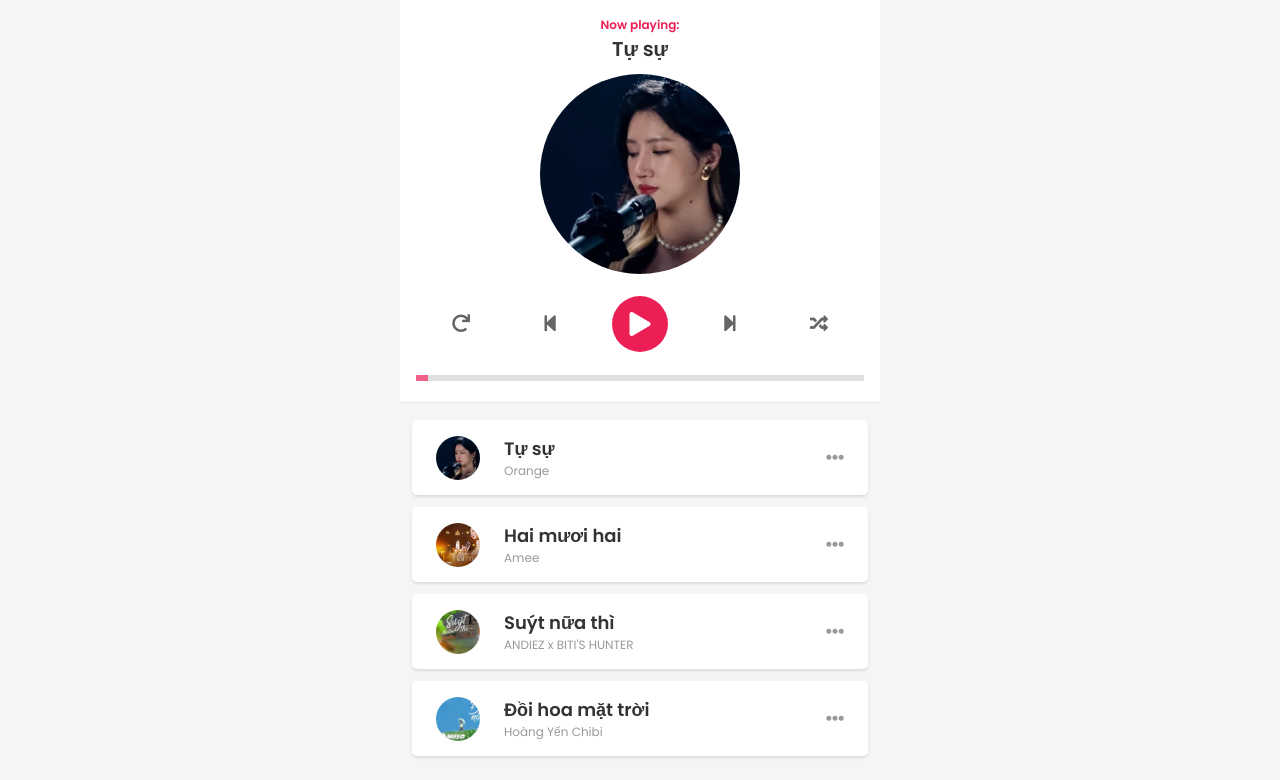
Repository: tannv3201/learn_JS_F8
Page: Example/Music player/index.html
These files come from the project's save history. The page is drawn as it stood at one moment and after the next save; the edit follows.
The browser window is 1280 px wide. The pictures show the whole page.

Above is the page before, as saved 2022-08-17 13:50:30.

### Example/Music player/index.html
<!DOCTYPE html>
<html lang="en">

<head>
    <meta charset="UTF-8">
    <meta http-equiv="X-UA-Compatible" content="IE=edge">
    <meta name="viewport" content="width=device-width, initial-scale=1.0">
    <title>Music player</title>
    <link rel="stylesheet" href="https://cdnjs.cloudflare.com/ajax/libs/font-awesome/5.15.2/css/all.min.css"
        integrity="sha512-HK5fgLBL+xu6dm/Ii3z4xhlSUyZgTT9tuc/hSrtw6uzJOvgRr2a9jyxxT1ely+B+xFAmJKVSTbpM/CuL7qxO8w=="
        crossorigin="anonymous" />
    <link rel="preconnect" href="https://fonts.gstatic.com">
    <link href="https://fonts.googleapis.com/css2?family=Poppins:wght@300;400;600&display=swap" rel="stylesheet">
    <link rel="stylesheet" href="./style.css">
</head>

<body>

    <div class="player">
        <!-- Dashboard -->
        <div class="dashboard">
            <!-- Header -->
            <header>
                <h4>Now playing:</h4>
                <h2>Tự sự</h2>
            </header>

            <!-- CD -->
            <div class="cd">
                <div class="cd-thumb" style="background-image: url('./assets/imgs/tusu.jpg')">
                </div>
            </div>

            <!-- Control -->
            <div class="control">
                <div class="btn btn-repeat">
                    <i class="fas fa-redo"></i>
                </div>
                <div class="btn btn-prev">
                    <i class="fas fa-step-backward"></i>
                </div>
                <div class="btn btn-toggle-play">
                    <i class="fas fa-pause icon-pause"></i>
                    <i class="fas fa-play icon-play"></i>
                </div>
                <div class="btn btn-next">
                    <i class="fas fa-step-forward"></i>
                </div>
                <div class="btn btn-random">
                    <i class="fas fa-random"></i>
                </div>
            </div>

            <input id="progress" class="progress" type="range" value="0" step="1" min="0" max="100">

            <audio id="audio" src=""></audio>
        </div>

        <!-- Playlist -->
        <div class="playlist">
            <!-- <div class="song">
                <div class="thumb" style="background-image: url('./assets/imgs/tusu.jpg')">
                </div>
                <div class="body">
                    <h3 class="title">Tự sự</h3>
                    <p class="author">Orange</p>
                </div>
                <div class="option">
                    <i class="fas fa-ellipsis-h"></i>
                </div>
            </div>
            <div class="song">
                <div class="thumb" style="background-image: url('./assets/imgs/haimuoihai.jpg')">
                </div>
                <div class="body">
                    <h3 class="title">Hai mươi hai</h3>
                    <p class="author">Amee</p>
                </div>
                <div class="option">
                    <i class="fas fa-ellipsis-h"></i>
                </div>
            </div>
            <!-- <div class="song">
                <div class="thumb"
                    style="background-image: url('https://i.ytimg.com/vi/jTLhQf5KJSc/maxresdefault.jpg')">
                </div>
                <div class="body">
                    <h3 class="title">Music name</h3>
                    <p class="author">Singer</p>
                </div>
                <div class="option">
                    <i class="fas fa-ellipsis-h"></i>
                </div>
            </div> --> -->
        </div>
    </div>

    <!-- Design from: https://static.collectui.com/shots/3671744/musicloud-revolutionary-app-for-music-streaming-large -->
    <script src="./main.js"></script>
</body>

</html>

### Example/Music player/style.css
:root {
    --primary-color: #ec1f55;
    --text-color: #333;
}

* {
    padding: 0;
    margin: 0;
    box-sizing: inherit;
}

body {
    background-color: #f5f5f5;
}

html {
    box-sizing: border-box;
    font-family: "Poppins", sans-serif;
}

.player {
    position: relative;
    max-width: 480px;
    margin: 0 auto;
}

.player .icon-pause {
    display: none;
}

.player.playing .icon-pause {
    display: inline-block;
}

.player.playing .icon-play {
    display: none;
}

.dashboard {
    padding: 16px 16px 14px;
    background-color: #fff;
    position: fixed;
    top: 0;
    width: 100%;
    max-width: 480px;
    border-bottom: 1px solid #ebebeb;
}

/* HEADER */
header {
    text-align: center;
    margin-bottom: 10px;
}

header h4 {
    color: var(--primary-color);
    font-size: 12px;
}

header h2 {
    color: var(--text-color);
    font-size: 20px;
}

/* CD */
.cd {
    display: flex;
    margin: auto;
    width: 200px;
}

.cd-thumb {
    width: 100%;
    padding-top: 100%;
    border-radius: 50%;
    background-color: #333;
    background-size: cover;
    margin: auto;
}

/* CONTROL */
.control {
    display: flex;
    align-items: center;
    justify-content: space-around;
    padding: 18px 0 8px 0;
}

.control .btn {
    color: #666;
    padding: 18px;
    font-size: 18px;
}

.control .btn.active {
    color: var(--primary-color);
}

.control .btn-toggle-play {
    width: 56px;
    height: 56px;
    border-radius: 50%;
    font-size: 24px;
    color: #fff;
    display: flex;
    align-items: center;
    justify-content: center;
    background-color: var(--primary-color);
}

.progress {
    width: 100%;
    -webkit-appearance: none;
    height: 6px;
    background: #d3d3d3;
    outline: none;
    opacity: 0.7;
    -webkit-transition: 0.2s;
    transition: opacity 0.2s;
}

.progress::-webkit-slider-thumb {
    -webkit-appearance: none;
    appearance: none;
    width: 12px;
    height: 6px;
    background-color: var(--primary-color);
    cursor: pointer;
}

/* PLAYLIST */
.playlist {
    margin-top: 408px;
    padding: 12px;
}

.song {
    display: flex;
    align-items: center;
    margin-bottom: 12px;
    background-color: #fff;
    padding: 8px 16px;
    border-radius: 5px;
    box-shadow: 0 2px 3px rgba(0, 0, 0, 0.1);
}

.song.active {
    background-color: var(--primary-color);
}

.song:active {
    opacity: 0.8;
}

.song.active .option,
.song.active .author,
.song.active .title {
    color: #fff;
}

.song .thumb {
    width: 44px;
    height: 44px;
    border-radius: 50%;
    background-size: cover;
    margin: 0 8px;
}

.song .body {
    flex: 1;
    padding: 0 16px;
}

.song .title {
    font-size: 18px;
    color: var(--text-color);
}

.song .author {
    font-size: 12px;
    color: #999;
}

.song .option {
    padding: 16px 8px;
    color: #999;
    font-size: 18px;
}

### Example/Music player/main.js
/**
    1. Render song
    2. Scroll top
    3. Play / pause/ seek
    4. CD rotate
    5. Next / prev
    6. Random
    7. Next / repeat when ended
    8. Active Song
    9. Scroll active song into view
    10. Play song when click
 */
const $ = document.querySelector.bind(document);
const $$ = document.querySelectorAll.bind(document);

// Lấy ra các element
const heading = $('header h2');
const cdThumb = $('.cd-thumb');
const audio = $('#audio');
const cd = $('.cd');
const playBtn = $('.btn-toggle-play');
const player = $('.player');
const progress = $('#progress');
const nextBtn = $('.btn-next');
const prevBtn = $('.btn-prev');
const randomBtn = $('.btn-random');
const repeatBtn = $('.btn-repeat');

const app = {
    currentIndex: 0,
    isPlaying: false,
    isRandom: false,
    isRepeat: false,
    songs: [
        {
            name: 'Tự sự',
            singer: 'Orange',
            path: './assets/music/tusu.mp3',
            image: './assets/imgs/tusu.jpg'
        },
        {
            name: 'Hai mươi hai',
            singer: 'Amee',
            path: './assets/music/haimuoihai.mp3',
            image: './assets/imgs/haimuoihai.jpg'
        },
        {
            name: 'Suýt nữa thì',
            singer: 'ANDIEZ x BITI\'S HUNTER',
            path: './assets/music/suytnuathi.mp3',
            image: './assets/imgs/suytnuathi.jpg'
        },
        {
            name: 'Đồi hoa mặt trời',
            singer: 'Hoàng Yến Chibi',
            path: './assets/music/doihoamattroi.mp3',
            image: './assets/imgs/doihoamattroi.jpg'
        },
    ],
    render: function () {
        const htmls = this.songs.map(song => {
            return `
            <div class="song">
                <div class="thumb" style="background-image: url('${song.image}')">
                </div>
                <div class="body">
                    <h3 class="title">${song.name}</h3>
                    <p class="author">${song.singer}</p>
                </div>
                <div class="option">
                    <i class="fas fa-ellipsis-h"></i>
                </div>
            </div>
            `
        })
        $('.playlist').innerHTML = htmls.join('');
    },

    // Định nghĩa thuộc tính
    defineProperties: function () {
        Object.defineProperty(this, 'currentSong', {
            get: function () {
                return this.songs[this.currentIndex];
            }
        })
    },

    // Xử lý sự kiện
    handleEvents: function () {
        const _this = this; // Định nghĩa từ khóa this ở ngoài
        // Lấy ra Element "cd"
        const cdWidth = cd.offsetWidth; // Lấy width của cd.

        // Xử lý CD quay và dừng
        const cdThumbAnimate = cdThumb.animate([
            {
                transform: 'rotate(360deg)'
            }
        ], {
            duration: 10000, // 10 giây
            iterations: Infinity // Chạy vô hạn
        })
        cdThumbAnimate.pause()

        // Xử lý phóng to / thu nhỏ cd
        document.onscroll = function () {
            const scrollTop = document.documentElement.scrollTop || window.scrollY;
            const newCdWidth = cdWidth - scrollTop;
            cd.style.width = newCdWidth > 0 ? newCdWidth + 'px' : 0; // check nếu kéo nhanh quá giá trị về < 0 thì lấy = 0
            cd.style.opacity = newCdWidth / cdWidth; // mờ dần khi scroll
        }

        // Xử lý khi click play
        playBtn.onclick = function () {
            if (_this.isPlaying) {
                audio.pause();
            }
            else {
                audio.play();
            }
        };
        // Khi bài hát được play
        audio.onplay = function () {
            _this.isPlaying = true;
            player.classList.add('playing') // chuyển btn play thành btn pause
            cdThumbAnimate.play()
        };
        // Khi bài hát bị dừng
        audio.onpause = function () {
            _this.isPlaying = false;
            player.classList.remove('playing') // chuyển btn pause thành btn play
            cdThumbAnimate.pause()
        }

        // Khi tiến độ bài hát thay đổi
        audio.ontimeupdate = function () {
            if (audio.duration) {
                const progressPercent = Math.floor(audio.currentTime / audio.duration * 100);
                progress.value = progressPercent;
            }
        }

        // xử lý khi tua bài hát
        progress.onchange = function (e) {
            const seekTime = audio.duration * e.target.value / 100;
            audio.currentTime = seekTime;
        }

        // Next bài
        nextBtn.onclick = function () {
            if (_this.isRandom) {
                _this.playRandomSong()
            }
            else {
                _this.nextSong();
            }
            audio.play();
        }

        // Prev  bài
        prevBtn.onclick = function () {
            if (_this.isRandom) {
                _this.playRandomSong()
            }
            else {
                _this.prevSong();
            }
            audio.play();
        }

        // Random
        randomBtn.onclick = function () {
            _this.isRandom = !_this.isRandom
            randomBtn.classList.toggle('active', _this.isRandom);
        }

        // xử lý next khi hết bài
        audio.onended = function () {
            if (!_this.isRepeat) {
                nextBtn.click();
            }
            else {
                audio.play()
            }
        }

        // Xử lý repeat bài hát hiện tại
        repeatBtn.onclick = function () {
            _this.isRepeat = !_this.isRepeat;
            repeatBtn.classList.toggle('active', _this.isRepeat);
        }
    },

    loadCurrentSong: function () {
        // Gán giá trị bài hát hiện tại
        heading.textContent = this.currentSong.name;
        cdThumb.style.backgroundImage = `url('./${this.currentSong.image}')`;
        audio.src = this.currentSong.path;
    },

    // Next
    nextSong: function () {
        this.currentIndex++;
        if (this.currentIndex >= this.songs.length) {
            this.currentIndex = 0;
        }
        this.loadCurrentSong();
    },
    // Previous
    prevSong: function () {
        this.currentIndex--;
        if (this.currentIndex < 0) {
            this.currentIndex = this.songs.length - 1;
        }
        this.loadCurrentSong();
    },

    // Random
    playRandomSong: function () {
        let newIndex
        do {
            newIndex = Math.floor(Math.random() * this.songs.length);
        } while (newIndex === this.currentIndex)
        this.currentIndex = newIndex;
        this.loadCurrentSong();
    },

    // Phương thức start() để bắt đầu
    start: function () {
        // Định nghĩa ra các thuộc tính cho object
        this.defineProperties();

        // Lắng nghe, xử lý các sự kiện (DOM event)
        this.handleEvents();

        // Tải thông tin bài hát đầu tiền vào UI khi chạy ứng dụng
        this.loadCurrentSong();



        // Render playlist
        this.render();
    }
}

app.start();

After the next save:
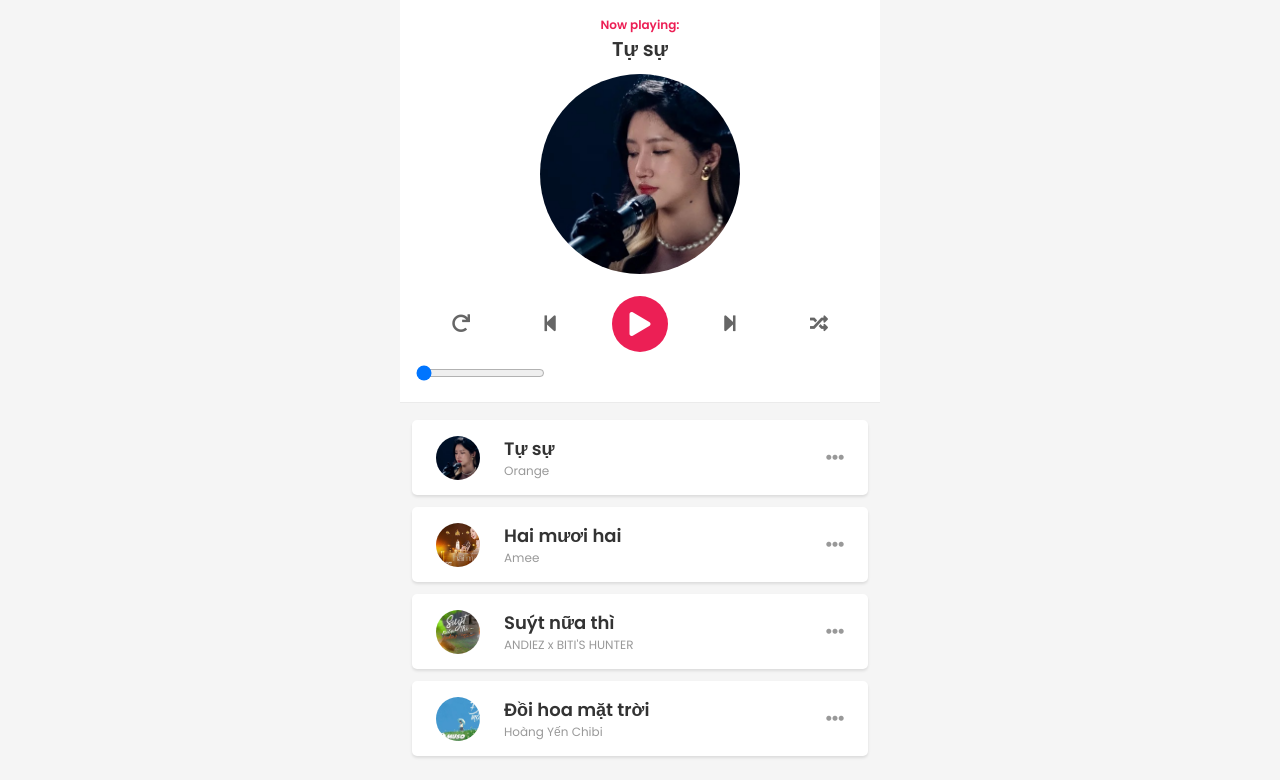
Saved 13 s later.
--- a/Example/Music player/style.css
+++ b/Example/Music player/style.css
@@ -108,25 +108,7 @@
     background-color: var(--primary-color);
 }
 
-.progress {
-    width: 100%;
-    -webkit-appearance: none;
-    height: 6px;
-    background: #d3d3d3;
-    outline: none;
-    opacity: 0.7;
-    -webkit-transition: 0.2s;
-    transition: opacity 0.2s;
-}
 
-.progress::-webkit-slider-thumb {
-    -webkit-appearance: none;
-    appearance: none;
-    width: 12px;
-    height: 6px;
-    background-color: var(--primary-color);
-    cursor: pointer;
-}
 
 /* PLAYLIST */
 .playlist {

After the save that followed:
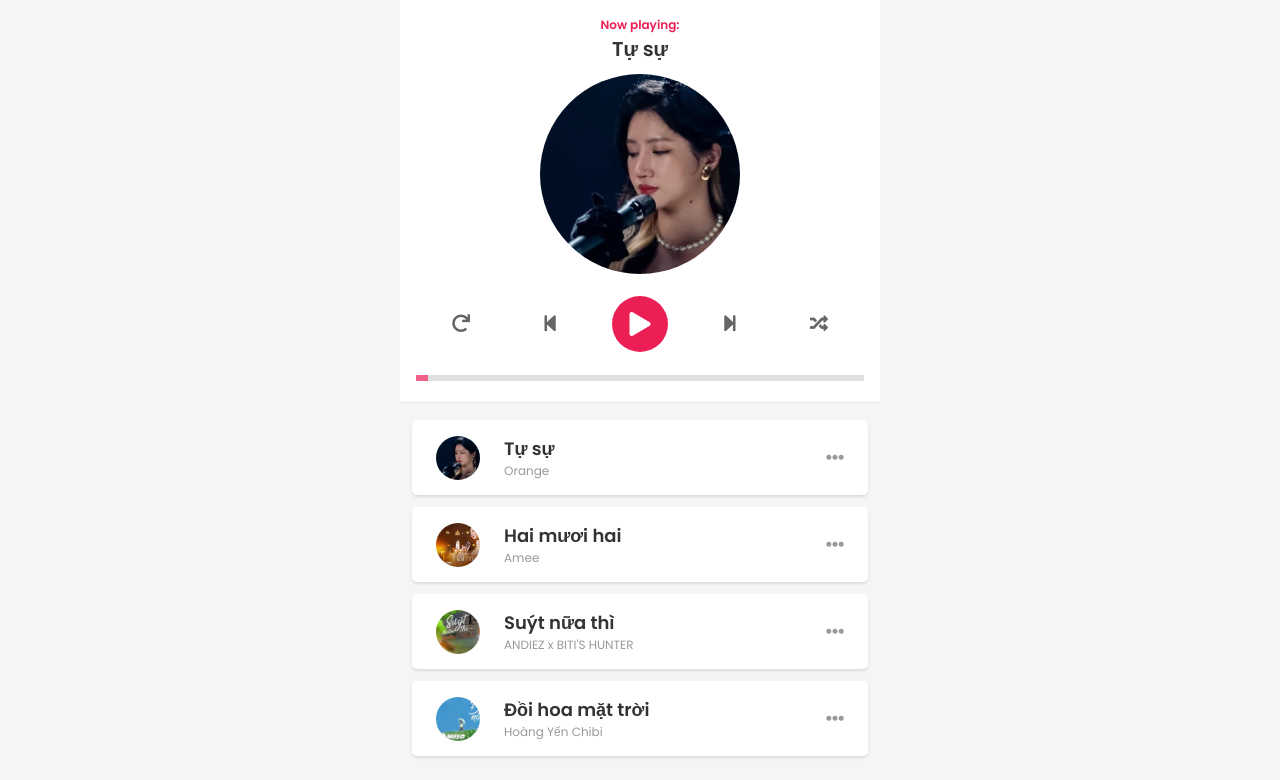
Saved 20 s later.
--- a/Example/Music player/style.css
+++ b/Example/Music player/style.css
@@ -108,7 +108,25 @@
     background-color: var(--primary-color);
 }
 
+.progress {
+    width: 100%;
+    -webkit-appearance: none;
+    height: 6px;
+    background: #d3d3d3;
+    outline: none;
+    opacity: 0.7;
+    -webkit-transition: 0.2s;
+    transition: opacity 0.2s;
+}
 
+.progress::-webkit-slider-thumb {
+    -webkit-appearance: none;
+    appearance: none;
+    width: 12px;
+    height: 6px;
+    background-color: var(--primary-color);
+    cursor: pointer;
+}
 
 /* PLAYLIST */
 .playlist {
